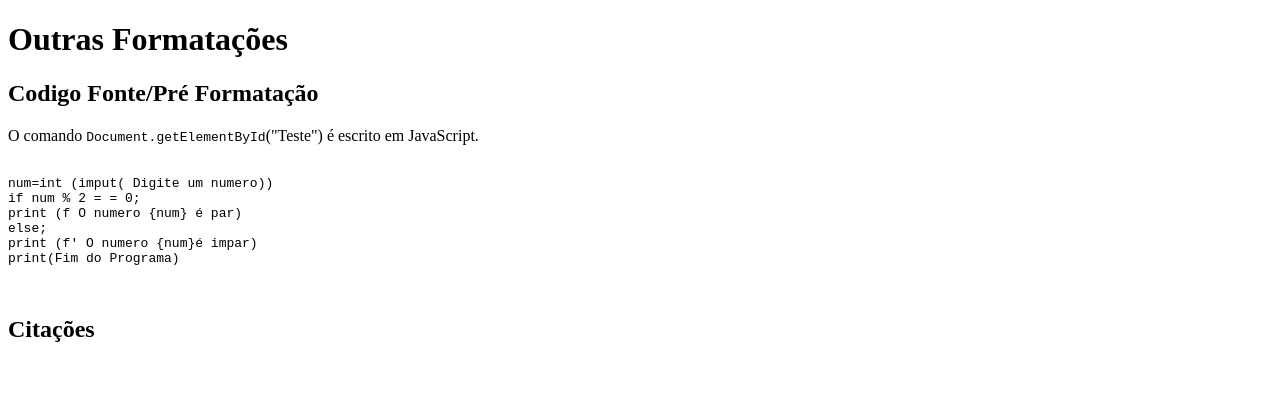
Repository: Guillermomarcon/exercicios
Page: ex009/index.html
The author's editor kept a copy of each file at every save. The page is drawn from the files as they stood at one save, then again after the next save.
The browser window is 1280 px wide. The pictures show the whole page.

Above is the page before, as saved 2020-12-10 01:35:29.

After the next save:
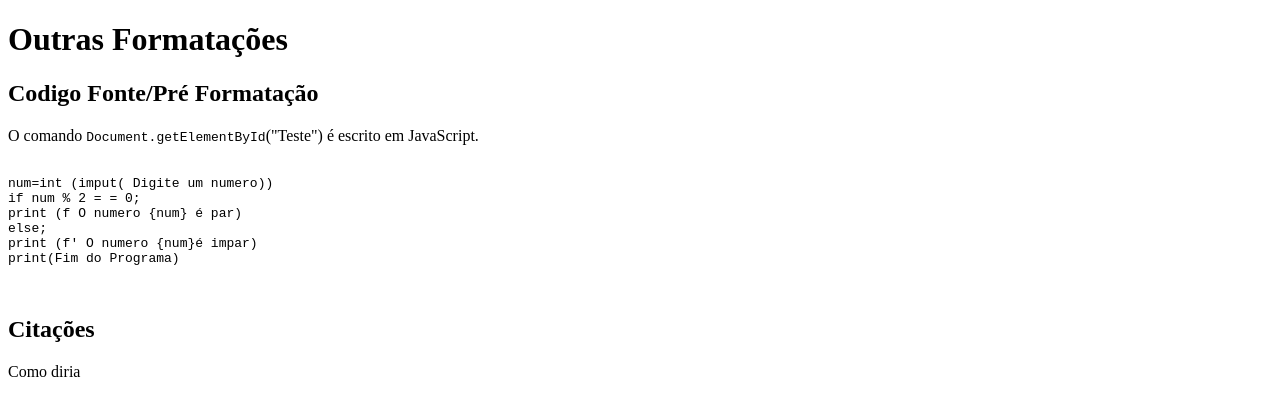
Saved 6 s later.
--- a/ex009/index.html
+++ b/ex009/index.html
@@ -22,7 +22,7 @@ print(Fim do Programa)
         </pre>
     </p>
     <h2>Citações</h2>
-
+    <p>Como diria </p>
 
 
 </body>
